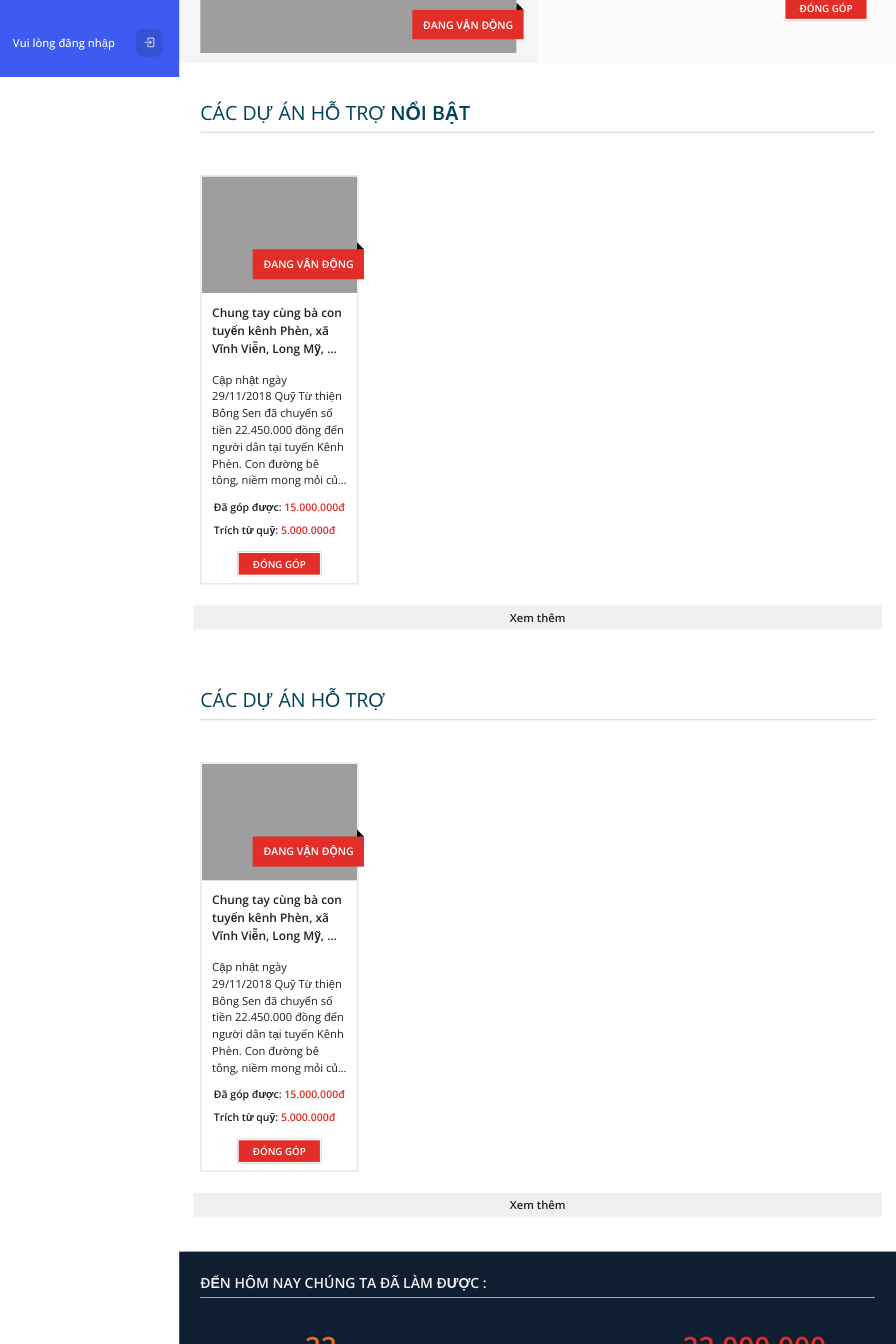
Repository: PhamTrungNguyen/tu-thien
Page: / (app in frontend/my-app/)
These files come from the project's save history. The page is drawn as it stood at one moment and after a run of saves; the edit follows.
The browser window is 1280 px wide. The pictures show the part of the page from y = 610 to 2530 px (the page is 2698 px tall before and 1528 px after), at 70% of full size.
Pictures or frames that could not be fetched are drawn as grey boxes. The page's requests for data from a server got no answer. The project was rebuilt for these pictures with package versions that can differ from the ones it lists, and the page was loaded fresh each time. No one was signed in, and anything a server would have sent is missing. Also part of the build but not shown: frontend/my-app/src/js/SignUpJS.js, frontend/my-app/src/components/input/Input.js, frontend/my-app/src/components/radio/Radio.js, frontend/my-app/src/layout/signPage/FormDialog.js, frontend/my-app/src/components/icon/IconEyeOpen.js, frontend/my-app/src/components/icon/IconEyeClose.js, frontend/my-app/src/layout/signPage/SignUpPage.js, frontend/my-app/src/layout/signPage/SignInPage.js and 18 more.

Above is the page before, as saved 2022-11-13 19:43:20.

After the next 2 saves:
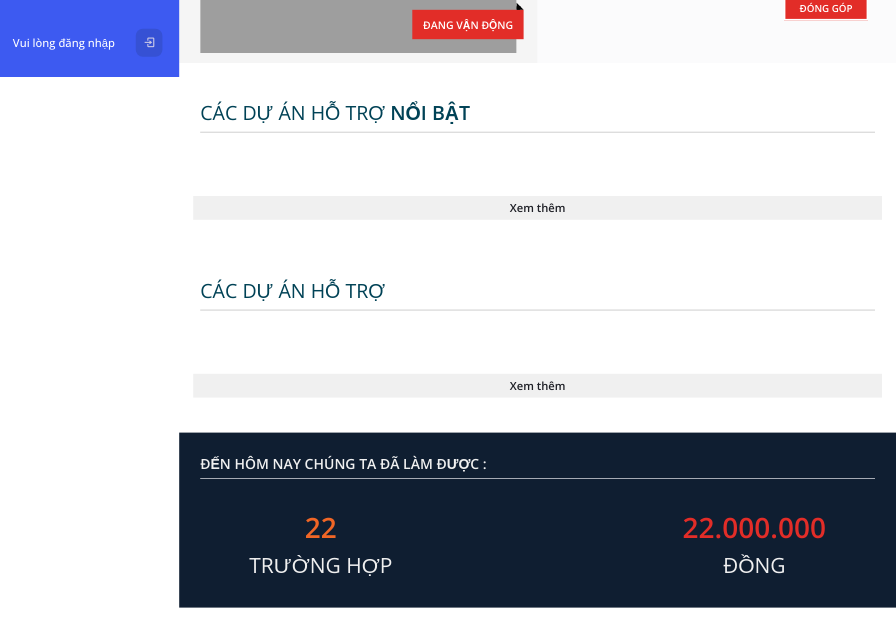
The 2 saves are shown as one change because 1 did not build or start.
The last was saved 84 s later.
--- a/frontend/my-app/src/layout/homePage/ProjectList.js
+++ b/frontend/my-app/src/layout/homePage/ProjectList.js
@@ -25,7 +25,10 @@ const ProjectList = () => {
         <div>
             <div className="itemSupport p-[30px]">
                 <div className="grid grid-cols-4 gap-x-[20px]">
-                    <ItemSupport status={"Đang vận động"} button={"Đóng góp"}></ItemSupport>
+                    {post?.length > 0 && post.map((item, index) => (
+                        <ItemSupport key={item.id} status={"Đang vận động"} button={"Đóng góp"}></ItemSupport>
+                    ))
+                    }
                     {/* <div className="itemSupport-item border-2 flex flex-col items-center duration-200 ">
                         <div className="relative p-0">
                             <ButtonStatus>Đang vận động</ButtonStatus>
